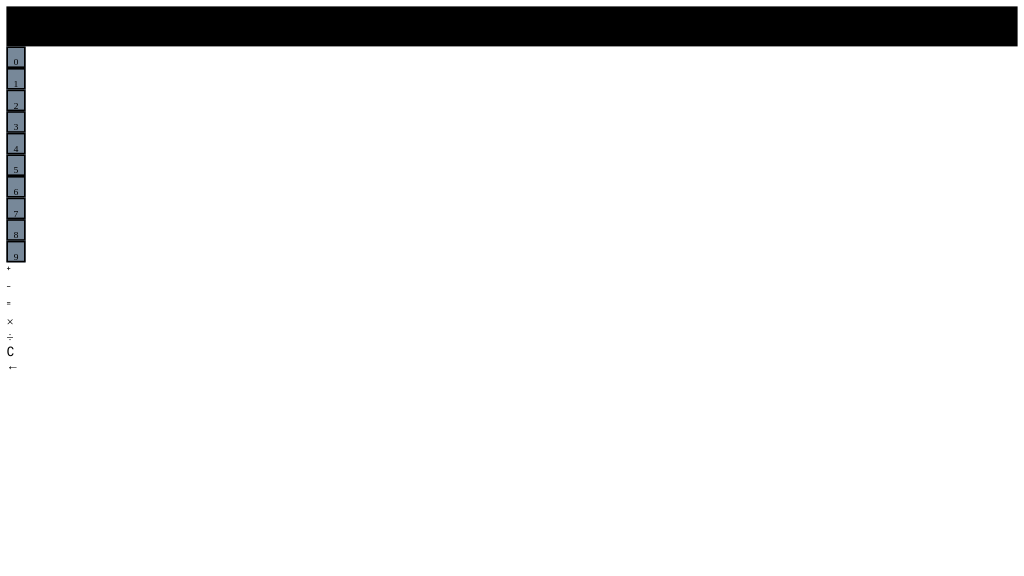
Repository: TEazy2433/LAB-calculator
Page: index.html
The author's editor kept a copy of each file at every save. The page is drawn from the files as they stood at one save, then again after the next save.
The browser window is 1280 px wide. The pictures show the whole page, at 80% of full size.

Above is the page before, as saved 2023-10-12 21:01:25.

After the next save:
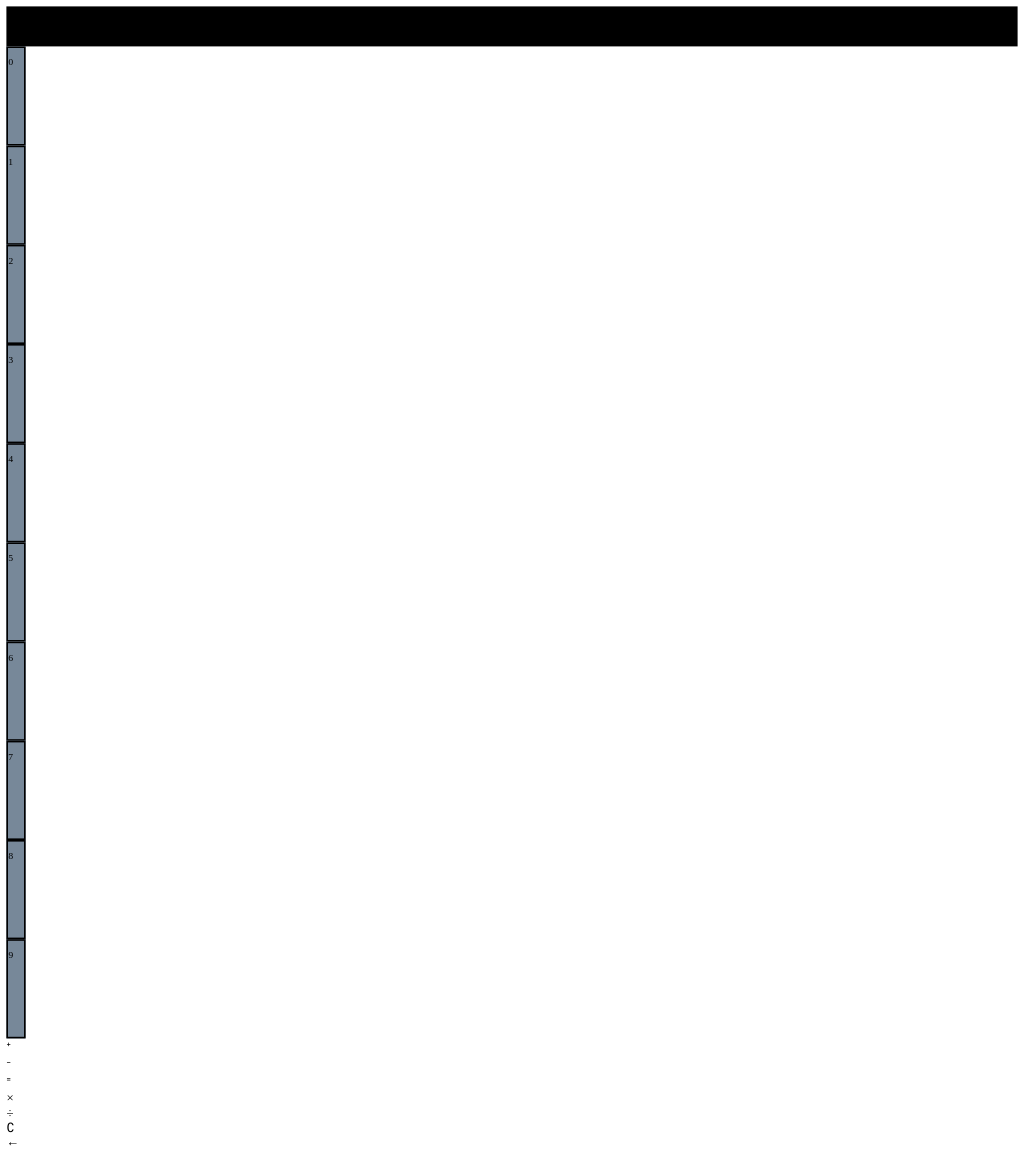
Saved 29 s later.
--- a/main.css
+++ b/main.css
@@ -19,4 +19,9 @@
   background-color: lightslategrey;
   text-align: center;
   display: grid;
+  grid-template-columns: repeat(4, 1fr);
+  grid-template-rows: repeat(auto-fill, 120px);
+  grid-row-gap: .5em;
+  grid-column-gap: 1em;
+
 }
